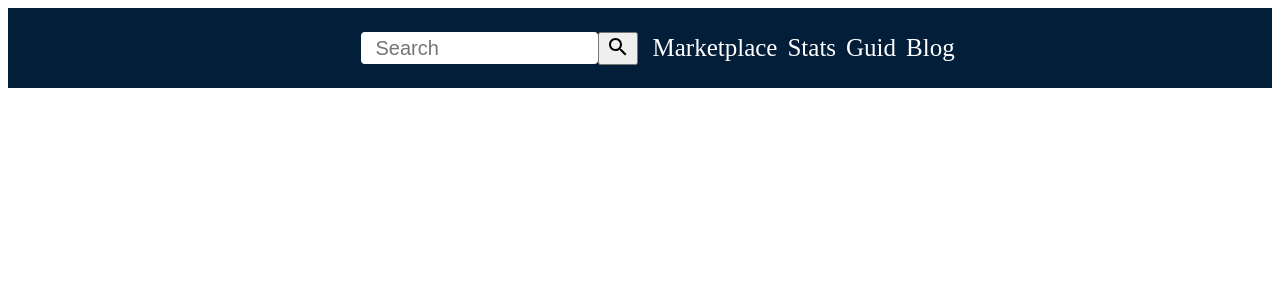
Repository: cvsschaitanya/test
Page: /
An editor plug-in stored every save of this project. The page is shown before and after the next save, followed by the edit.
The browser window is 1280 px wide. The pictures show the whole page.
The project was rebuilt for these pictures with package versions that can differ from the ones it lists, and the page was loaded fresh each time.

Above is the page before, as saved 2021-10-20 23:24:46.

### src/App.js
import NavBar from "./components/Navbar";

function App() {
	return (
		<div
			style={{
				width: "100%",
				height: "100%",
			}}
		>
			<NavBar link={{}} />
		</div>
	);
}

export default App;

### src/components/Navbar.jsx
import { useState } from "react";
import "./NavBar.css";
import ReorderIcon from "@material-ui/icons/Reorder";
import SearchIcon from "@material-ui/icons/Search";

function NavBar({ link }) {
	const menuItems = [
		"Marketplace",
		"Stats",
		"Guid",
		"Blog",
		// "Profile",
		// "Community",
		// "Tokenomics",
		// "About",
	];

	const [showLinks, setShowLinks] = useState(true);

	return (
		<div className="NavBar">
            <div className="Home"></div>

			<div className="Left">
				<input type="text" placeholder="Search" />
				<button>
					<SearchIcon />
				</button>
			</div>
			<div className="Right">
				<div className="links" id={showLinks ? "hidden" : ""}>
					{menuItems.map((item) => (
						<a href={link[item] || "/"}>{item}</a>
					))}
				</div>
				<button onClick={() => setShowLinks(!showLinks)}>
					<ReorderIcon />
				</button>
			</div>
		</div>
	);
}

export default NavBar;

### src/components/NavBar.css

button:hover{
    cursor: pointer;
}

.NavBar{
    background-color: #021e39;
    width: 100%;
    height: 80px;
    position: relative;
    display:flex;
}

.NavBar .Left{
    flex: 50%;
    display: flex;
    align-items: center;
    justify-content: flex-end;
    padding-right: 5px;
}

.NavBar .Left input{
    width:220px;
    height: 30px;
    border:none;
    border-radius: 4px;
    font-size: 20px;
    padding-left: 15px;
    color: black;
}

.NavBar .Right{
    flex: 50%;
    display: flex;
    justify-content: left;
    align-items: center;
}

.NavBar .Right .links{
    max-height: 80px;
}

.NavBar .Right .links a{
    text-decoration: none;
    color: white;
    font-size: 25px;
    margin-left: 10px;
}

.NavBar .Right #hidden{
    display: flex;
}

.NavBar .Right button{
    display: none;
    margin-left:20px;
}

@media only screen and (max-width: 750px){
    .NavBar .Right button{
        display: flex;
    }

    .NavBar .Right .links{
        display: none;
    }
    .NavBar .Right #hidden{
        position:absolute;
        left: 0px;
        top: 80px;
        height:230px;
        max-height:230px;
        width: 100%;
        background-color: #021e39;
        display: flex;
        flex-direction: column;
        align-items: center;
    }

    .NavBar .Right #hidden a {
        margin: 10px;
    }
}

Loaded but not shown: public/index.html (common file); src/index.js (common file)

After the next save:
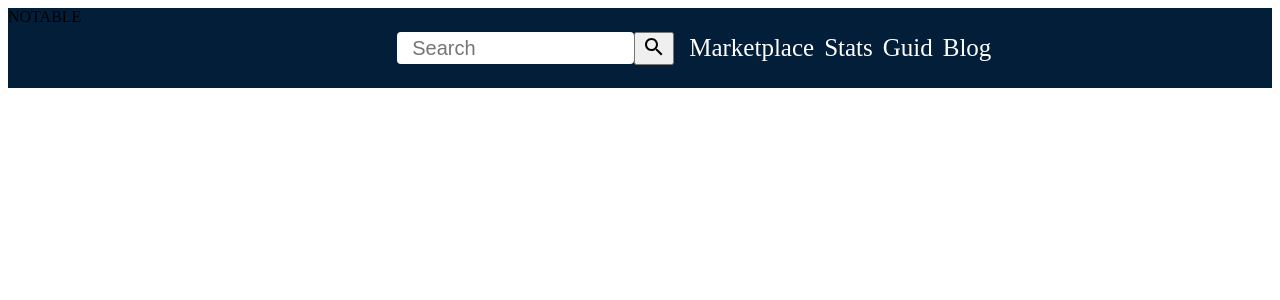
Saved 7 s later.
--- a/src/components/Navbar.jsx
+++ b/src/components/Navbar.jsx
@@ -19,7 +19,7 @@
 
 	return (
 		<div className="NavBar">
-            <div className="Home"></div>
+            <div className="Home">NOTABLE</div>
 
 			<div className="Left">
 				<input type="text" placeholder="Search" />
